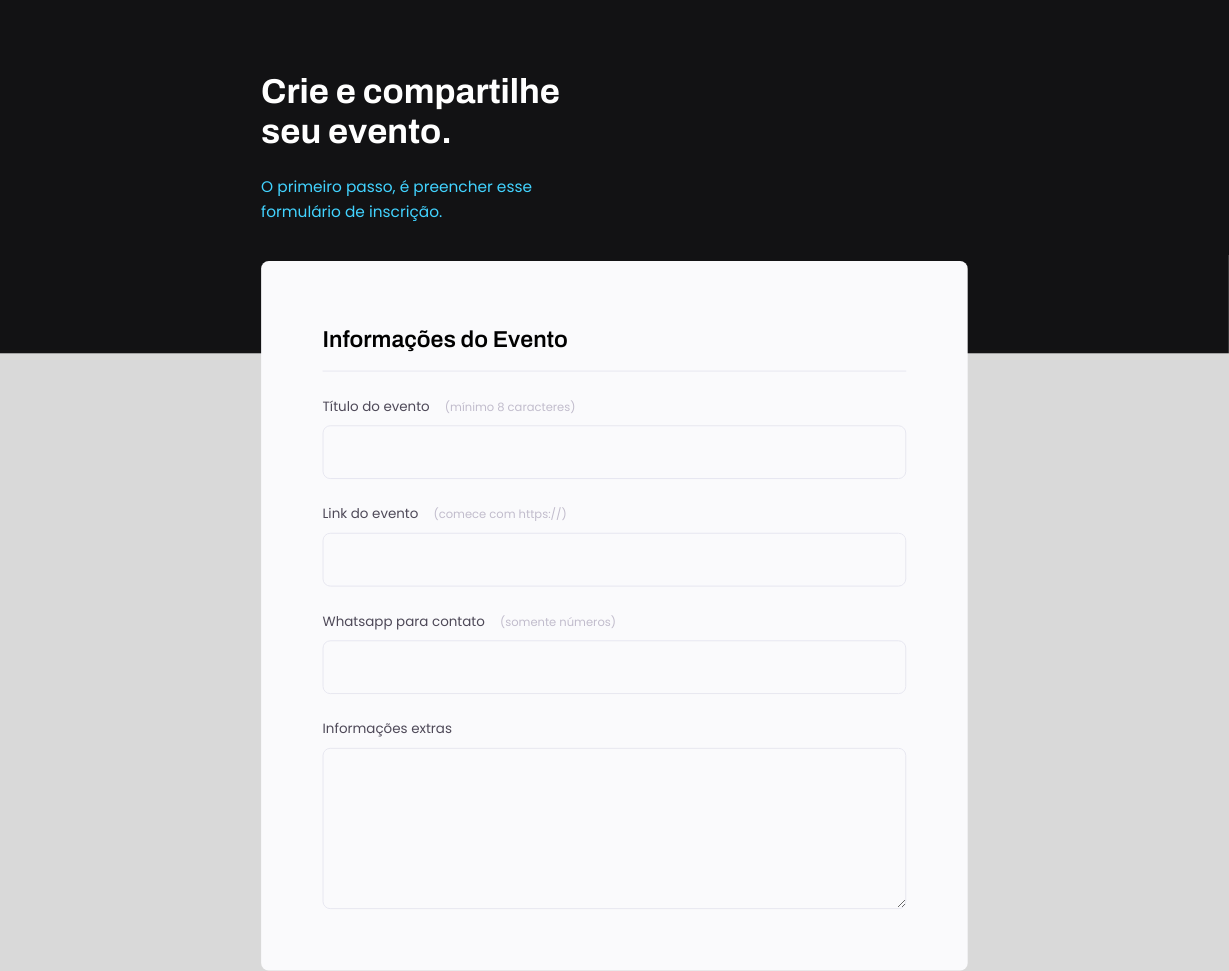
Repository: devMuriloOliveira/Formulario
Page: index.html
The author's editor kept a copy of each file at every save. The page is drawn from the files as they stood at one save, then again after the next save.
The browser window is 1280 px wide. The pictures show the whole page, at 96% of full size.

Above is the page before, as saved 2023-10-31 21:19:29.

### index.html
<!DOCTYPE html>
<html lang="en">
  <head>
    <link rel="preconnect" href="https://fonts.googleapis.com" />
    <link rel="preconnect" href="https://fonts.gstatic.com" crossorigin />
    <meta charset="UTF-8" />
    <meta name="viewport" content="width=device-width, initial-scale=1.0" />
    <title>Crie seu evento</title>
    <link rel="stylesheet" href="style.css" />

    <link
      href="https://fonts.googleapis.com/css2?family=Archivo:wght@600;700&family=Poppins&display=swap"
      rel="stylesheet"
    />
  </head>
  <body>
    <div class="page">
      <header>
        <h1>Crie e compartilhe seu evento.</h1>
        <p>O primeiro passo, é preencher esse formulário de inscrição.</p>
      </header>

      <form>
        <fieldset>
          <div class="fieldset-wrapper">
            <legend>Informações do Evento</legend>

            <div class="input-wrapper">
              <label for="event-title">
                Título do evento <span>(mínimo 8 caracteres)</span>
              </label>
              <input type="text" id="event-title" />
            </div>

            <div class="input-wrapper">
              <label for="event-link">
                Link do evento <span>(comece com https://)</span>
              </label>
              <input type="url" id="event-link" />
            </div>

            <div class="input-wrapper">
              <label for="event-whatsapp">
                Whatsapp para contato <span>(somente números)</span>
              </label>
              <input type="number" id="event-whatsapp" />
            </div>

            <div class="input-wrapper">
              <label for="event-info">Informações extras</label>
              <textarea id="event-info"></textarea>
            </div>
          </div>
        </fieldset>
      </form>
    </div>
  </body>
</html>

### style.css
*{
  padding: 0;
  margin: 0;
  box-sizing: border-box;
}

body, input, button, select, textarea{
  font-family: 'Poppins', sans-serif;
}

body{
  background-color: #D9D9D9;
}

body::before{
  content: '';
  width: 100%;
  height: 368px;

  position: absolute;
  top: 0;
  left: 0;
  z-index: -1;
  background: #121214;
}

.page{
  width: 736px;
  margin: auto;
}

header{
  width: 319px;
  margin-top: 74px;

}

header h1{
  font-family: 'Archivo', sans-serif;
  font-weight: bold;

  font-size: 36px;
  line-height: 42px;
  color: white;

  margin-bottom: 24px;
}

header p{
  color: #42D3FF;
  font-size: 16px;
  line-height: 26px;
}

form{
  margin-top: 38px;
  background: #FAFAFC;

  border-radius: 8px;
  min-height: 300px;

  padding: 64px;
}

fieldset{
  border: none;
}

.fieldset-wrapper{
  display: flex;
  flex-direction: column;
  gap: 24px;
}


fieldset legend{
  font-family: 'Archivo', 'S';
  font-weight: 600;
  font-size: 24px;
  line-height: 34px;

  width: 100%;
  border-bottom: 1px solid #E6E6F0;

  padding-bottom: 16px;
}

.input-wrapper{
  display: flex;
  flex-direction: column;
}

.input-wrapper label{
  font-size: 14px;
  line-height: 24px;

  color: #4E4958;
  margin-bottom: 8px;
}

.input-wrapper label span{
  margin-left: 12px;

  line-height: 20px;
  font-size: 12px;
  color: #C1BCCC;
}

.input-wrapper input, .input-wrapper textarea{
  background: #FAFAFC;

  border: 1px solid #E6E6F0;
  border-radius: 8px;
  height: 56px;

  padding: 0 24px;
  font-size: 16px;

  line-height: 26px;

  color: #C1BCCC;
}

.input-wrapper textarea{
 padding: 0;
 height: 168px;


}

After the next save:
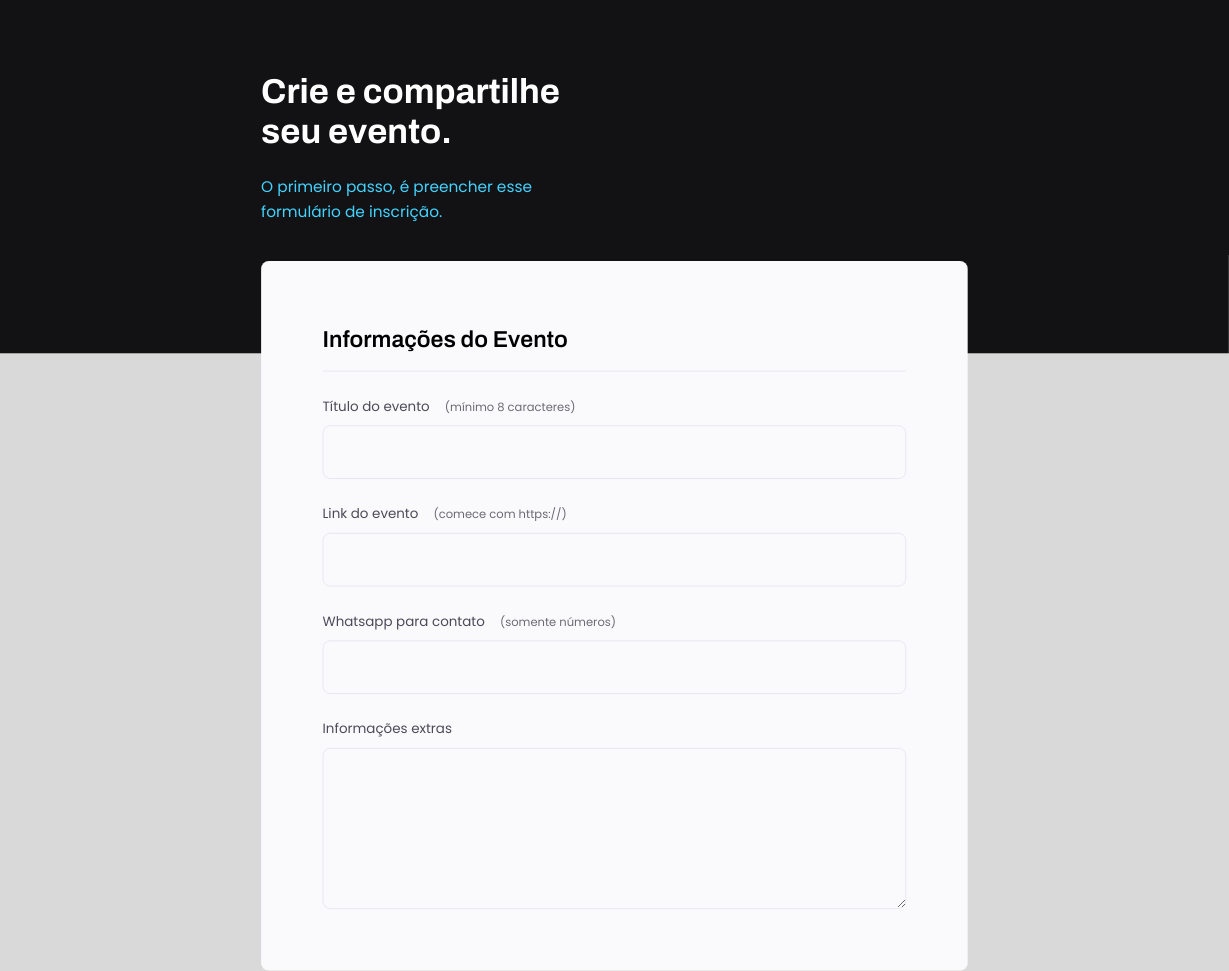
Saved 3 min 7 s later.
--- a/style.css
+++ b/style.css
@@ -103,7 +103,7 @@ fieldset legend{
 
   line-height: 20px;
   font-size: 12px;
-  color: #C1BCCC;
+  color: #6C6A71;
 }
 
 .input-wrapper input, .input-wrapper textarea{
